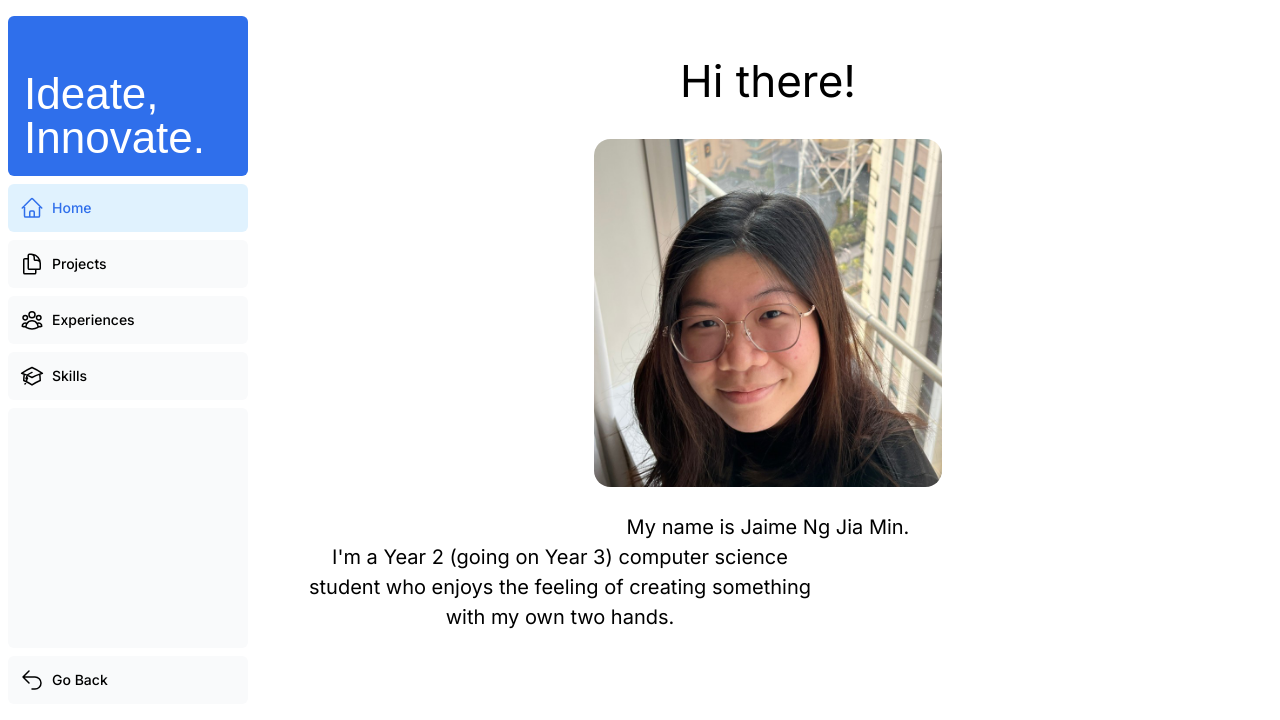
Repository: ThatGirlJam/jaime-portfolio
Page: /dashboard
These files come from the project's save history. The page is drawn as it stood at one moment and after the next save; the edit follows.
The browser window is 1280 px wide. The pictures show the whole page.
Some web fonts or font styles are not loaded; a fallback is used. The project was rebuilt for these pictures with package versions that can differ from the ones it lists, and the page was loaded fresh each time. The framework's server and built-in components were replaced by stand-ins that run in the browser. Also part of the build but not shown: next.config.js.

Above is the page before, as saved 2024-04-10 00:26:47.

After the next save:
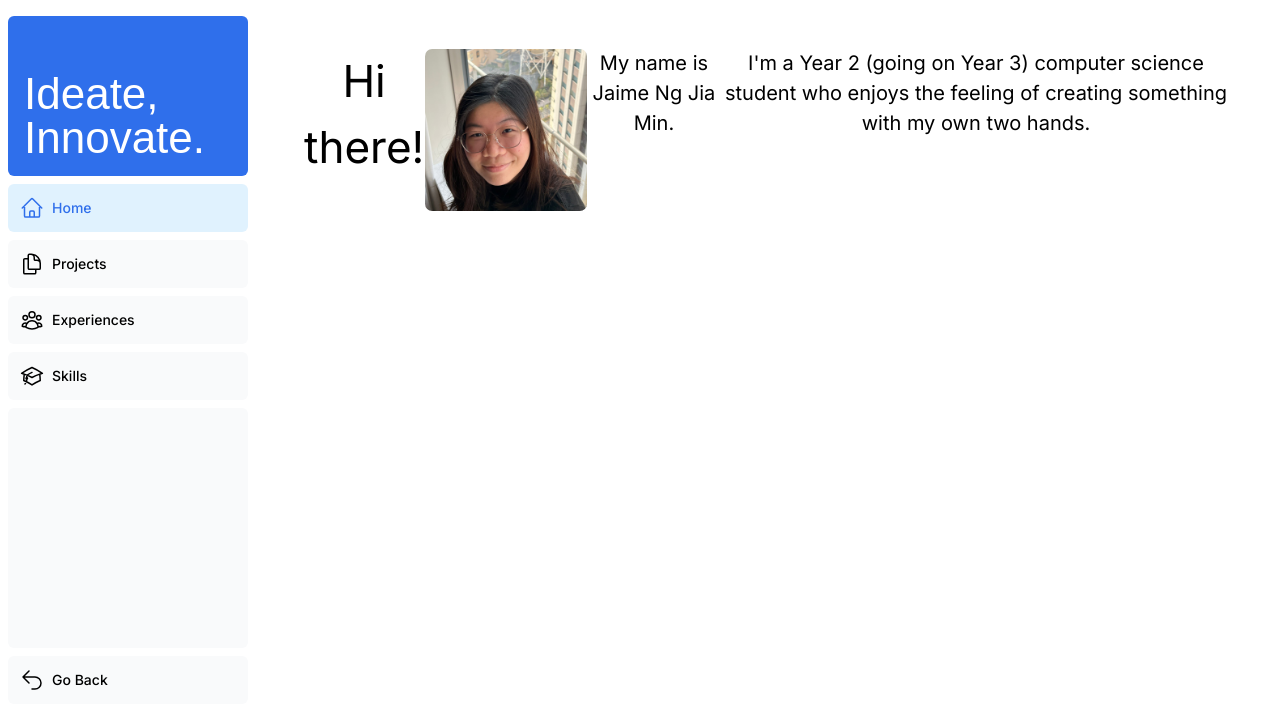
Saved 30 s later.
--- a/app/dashboard/page.tsx
+++ b/app/dashboard/page.tsx
@@ -12,7 +12,7 @@ export default function Page() {
   };
 
   return (
-    <div>
+    <div style={divStyle}>
       <p className="text-[44px] text-center"> Hi there! </p>
       <br/>
 
